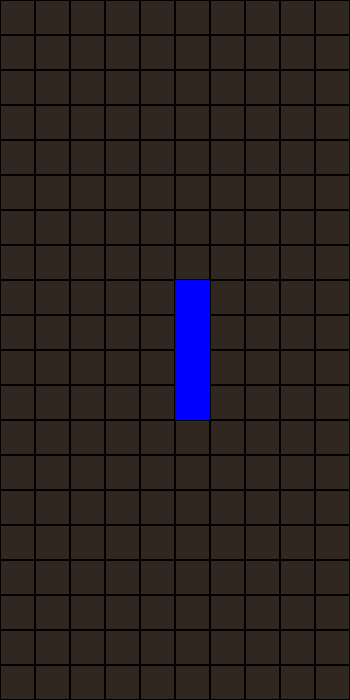
Repository: lucacdev/Tetris
Script's output: python main.py
The author's editor kept a copy of each file at every save. The script's output is drawn from the files as they stood at one save, then again after the next save.
The window is shown after at most 60 frames with no key pressed. Random numbers start from a fixed seed.

Above is the script's output before, as saved 2024-02-29 18:39:31.

### main.py
from settings import *
from tetris import Tetris
import sys

class App:
    def __init__(self):
        pg.init()
        pg.display.set_caption('Tetris')
        self.screen = pg.display.set_mode(FIELD_RES)
        self.clock = pg.time.Clock()
        self.tetris = Tetris(self)

    def update(self):
        self.tetris.update()
        self.clock.tick(FPS)

    def draw(self):
        self.screen.fill(color=FIELD_COLOUR)
        self.tetris.draw()
        pg.display.flip()

    def check_events(self):
        for event in pg.event.get():
            if event.type == pg.QUIT or (event.type == pg.KEYDOWN and event.key == pg.KEY_ESCAPE):
                pg.quit()
                sys.exit()

    def run(self):
        while True:
            self.check_events()
            self.update()
            self.draw()

if __name__ == '__main__':
    app = App()
    app.run()

### settings.py
import pygame as pg

vec = pg.math.Vector2

FPS = 60
FIELD_COLOUR = (48, 39, 32)

TILE_SIZE = 35
FIELD_SIZE = FIELD_W, FIELD_H = 10, 20
FIELD_RES = FIELD_W * TILE_SIZE, FIELD_H * TILE_SIZE

INIT_POS_OFFSET = vec(FIELD_SIZE) // 2

TETROMINOES = {
    'T' : [(0, 0), (-1, 0), (1, 0), (0, -1)],
    'O' : [(0, 0), (0, -1), (1, 0), (1, -1)],
    'J' : [(0, 0), (-1, 0), (0, -1), (0, -2)],
    'L' : [(0, 0), (1, 0), (0, -1), (0, -2)],
    'I' : [(0, 0), (0, 1), (0, -1), (0, -2)],
    'S' : [(0, 0), (-1, 0), (0, -1), (1, -1)],
    'Z' : [(0, 0), (1, 0), (0, -1), (-1, -1)]
}

### tetris.py
from settings import *
import math
from tetromino import Tetromino

class Tetris:
    def __init__(self, app):
        self.app = app
        self.sprite_group = pg.sprite.Group()
        self.tetromino = Tetromino(self)

    def draw_grid(self):
        for x in range (FIELD_W):
            for y in range (FIELD_H):
                pg.draw.rect(self.app.screen, 'black',
                             (x * TILE_SIZE, y * TILE_SIZE, TILE_SIZE, TILE_SIZE), 1)

    def update(self):
        self.tetromino.update()
        self.sprite_group.update()

    def draw(self):
        self.draw_grid()
        self.sprite_group.draw(self.app.screen)

### tetromino.py
from settings import *

class Block(pg.sprite.Sprite):
    def __init__(self, tetromino, pos):
        self.tetromino = tetromino
        self.pos = vec(pos) + INIT_POS_OFFSET

        super().__init__(tetromino.tetris.sprite_group)
        self.image = pg.Surface([TILE_SIZE, TILE_SIZE])
        self.image.fill('blue')

        self.rect = self.image.get_rect()
        self.rect.topleft = self.pos * TILE_SIZE

class Tetromino:
    def __init__(self, tetris):
        self.tetris = tetris
        self.shape = 'I'
        self.blocks = [Block(self, pos) for pos in TETROMINOES[self.shape]]

    def update(self):
        pass

After the next save:
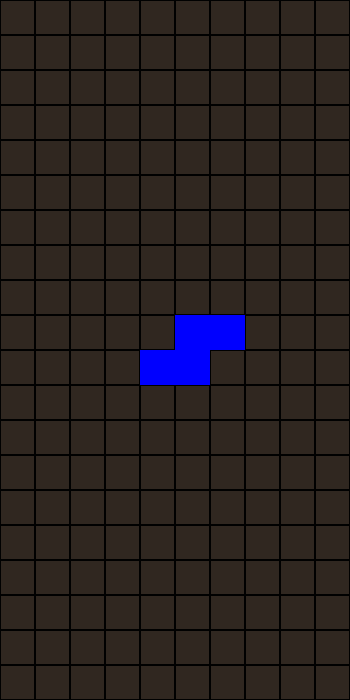
Saved 9 s later.
--- a/tetromino.py
+++ b/tetromino.py
@@ -15,7 +15,7 @@
 class Tetromino:
     def __init__(self, tetris):
         self.tetris = tetris
-        self.shape = 'I'
+        self.shape = 'S'
         self.blocks = [Block(self, pos) for pos in TETROMINOES[self.shape]]
 
     def update(self):
